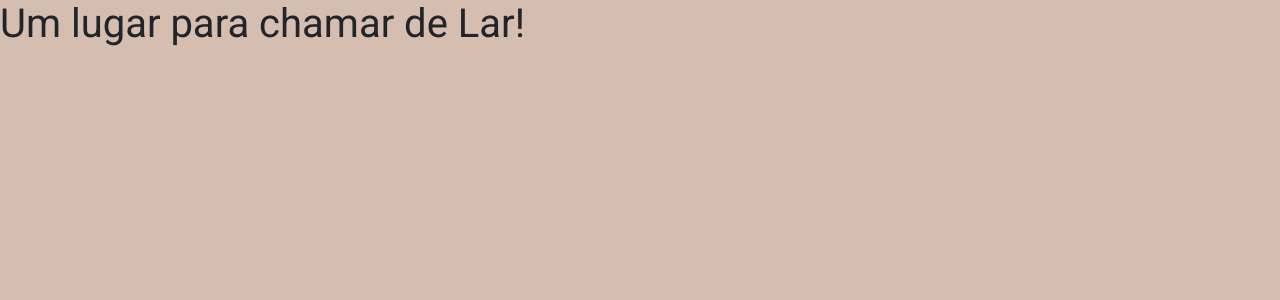
Repository: telesbp/Projeto-4-e-Projeto-5
Page: / (app in front-end/)
These files come from the project's save history. The page is drawn as it stood at one moment and after the next save; the edit follows.
The browser window is 1280 px wide. The pictures show the whole page.
The project was rebuilt for these pictures with package versions that can differ from the ones it lists, and the page was loaded fresh each time.

Above is the page before, as saved 2022-07-17 13:54:25.

### front-end/public/index.html
<!DOCTYPE html>
<html lang="pt-BR">
  <head>
    <meta charset="utf-8" />
    <link rel="icon" href="%PUBLIC_URL%/favicon.ico" />
    <meta name="viewport" content="width=device-width, initial-scale=1" />
    <meta name="theme-color" content="#000000" />
    <meta
      name="description"
      content="Seu negócio automatizado!"
    />
    <link rel="apple-touch-icon" href="%PUBLIC_URL%/logo192.png" />
    <!--
      manifest.json provides metadata used when your web app is installed on a
      user's mobile device or desktop. See https://developers.google.com/web/fundamentals/web-app-manifest/
    -->
    <link rel="manifest" href="%PUBLIC_URL%/manifest.json" />
    <!--
      Notice the use of %PUBLIC_URL% in the tags above.
      It will be replaced with the URL of the `public` folder during the build.
      Only files inside the `public` folder can be referenced from the HTML.

      Unlike "/favicon.ico" or "favicon.ico", "%PUBLIC_URL%/favicon.ico" will
      work correctly both with client-side routing and a non-root public URL.
      Learn how to configure a non-root public URL by running `npm run build`.
    -->
    <title>Stagio</title>

    <link rel="preconnect" href="https://fonts.googleapis.com">
    <link rel="preconnect" href="https://fonts.gstatic.com" crossorigin>
    <link href="https://fonts.googleapis.com/css2?family=Roboto:wght@400;700&display=swap" rel="stylesheet">
  </head>
  <body>
    <noscript>You need to enable JavaScript to run this app.</noscript>
    <div id="root"></div>
    <!--
      This HTML file is a template.
      If you open it directly in the browser, you will see an empty page.

      You can add webfonts, meta tags, or analytics to this file.
      The build step will place the bundled scripts into the <body> tag.

      To begin the development, run `npm start` or `yarn start`.
      To create a production bundle, use `npm run build` or `yarn build`.
    -->
  </body>
</html>

### front-end/src/index.tsx
import React from 'react';
import ReactDOM from 'react-dom/client';
import App from './App';
import 'bootstrap/dist/css/bootstrap.min.css';
import { BrowserRouter } from 'react-router-dom';
import 'react-toastify/dist/ReactToastify.css';
import { ToastContainer } from 'react-toastify';
import { GlobalStyle } from './assets/img/css/global';

const root = ReactDOM.createRoot(
  document.getElementById('root') as HTMLElement
);
root.render(
  <React.StrictMode>
    <BrowserRouter>
    <GlobalStyle/>
      <App />
      <ToastContainer/>
    </BrowserRouter>
  </React.StrictMode>
);

### front-end/src/App.tsx
import { HomeView } from "./views/Home";

function App() {
  return (
    <HomeView/>
  );
}

export default App;

### front-end/src/assets/img/css/global.ts
import { createGlobalStyle } from "styled-components";

export const GlobalStyle = createGlobalStyle`
    body{
       font-family: 'Roboto', sans-serif;
    }
`

### front-end/src/views/Home/index.tsx
import styled from "styled-components";

export function HomeView(){
    return(
        <Banner className="vh-100">
            <h1>Um lugar para chamar de Lar!</h1>
        </Banner>
    )
}

const Banner = styled.div`
    background-color: #d5bdaf;
`

After the next save:
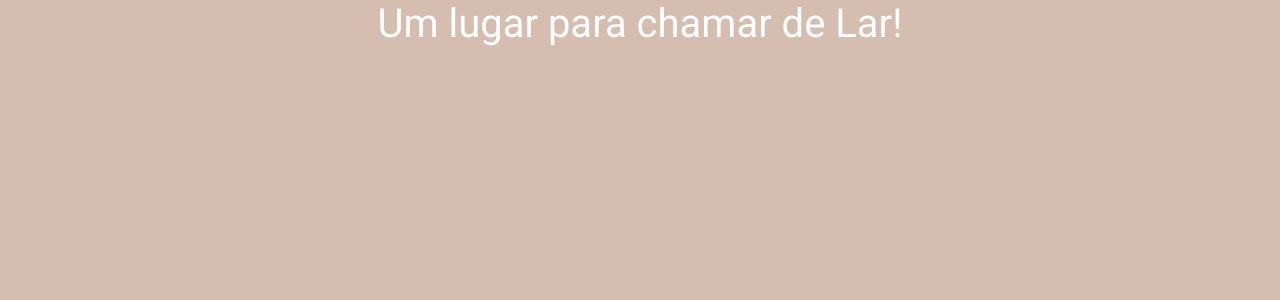
Saved 23 s later.
--- a/front-end/src/views/Home/index.tsx
+++ b/front-end/src/views/Home/index.tsx
@@ -3,7 +3,7 @@ import styled from "styled-components";
 export function HomeView(){
     return(
         <Banner className="vh-100">
-            <h1>Um lugar para chamar de Lar!</h1>
+            <h1 className="text-center text-white">Um lugar para chamar de Lar!</h1>
         </Banner>
     )
 }
